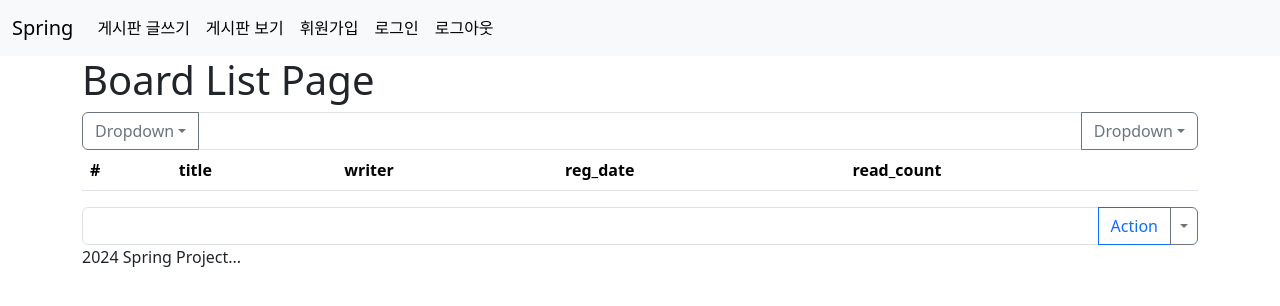
Repository: dlfhrrl12/springtest
Page: http://localhost/spring_study/WEB-INF/views/board/list.jsp
These files come from the project's save history. The page is drawn as it stood at one moment and after the next save; the edit follows.
The browser window is 1280 px wide. The pictures show the whole page.
The page is served by Tomcat 9. Nobody is signed in. The template is opened directly, without the code that normally fills it, so the values that code supplies are empty.

Above is the page before, as saved 2024-04-24 08:43:13.

After the next save:
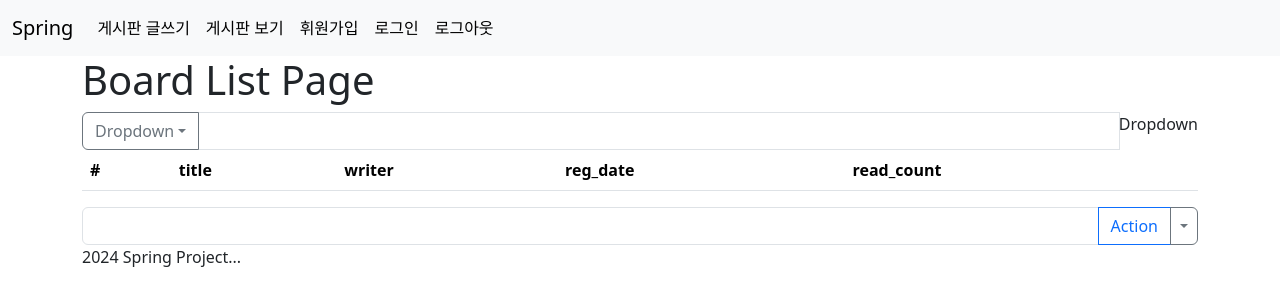
Saved 44 s later.
--- a/spring_study/src/main/webapp/WEB-INF/views/board/list.jsp
+++ b/spring_study/src/main/webapp/WEB-INF/views/board/list.jsp
@@ -17,7 +17,7 @@
     <li><a class="dropdown-item" href="#">Separated link</a></li>
   </ul>
   <input type="text" class="form-control" aria-label="Text input with 2 dropdown buttons">
-  <button class="btn btn-outline-secondary dropdown-toggle" type="button" >Dropdown</button>
+  <buttonclass="btn btn-secondary" type="button" >Dropdown</button>
 
 </div>
 	</form>
